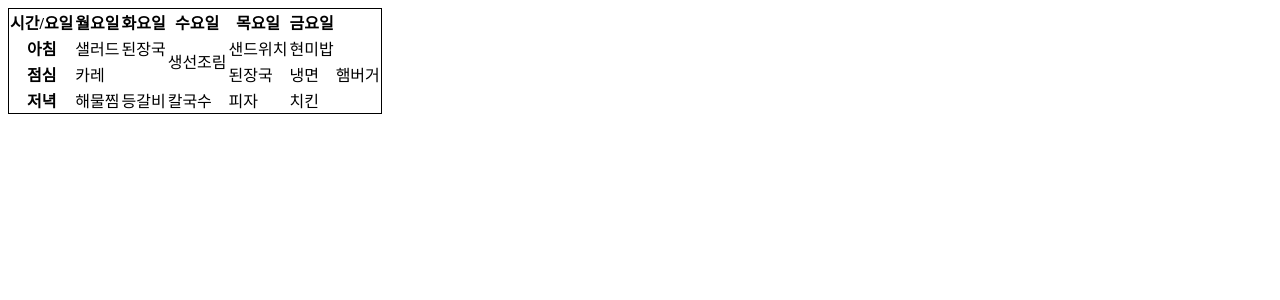
Repository: hana825/Web
Page: web/WebContent/test.html
The author's editor kept a copy of each file at every save. The page is drawn from the files as they stood at one save, then again after the next save.
The browser window is 1280 px wide. The pictures show the whole page.

Above is the page before, as saved 2022-03-17 08:35:26.

### web/WebContent/test.html
<!DOCTYPE html>
<html>
<head>
<meta charset="UTF-8">
<title>Insert title here</title>

<style>
table{width:200;
	   border-collapse: collapse;
	   border: 1px solid black;
}

th{font-weight: bold;
}


</style>
</head>
<body>

<table>
	<tr><th>시간/요일</th>
		<th>월요일</th>
		<th>화요일</th>
		<th>수요일</th>
		<th>목요일</th>
		<th>금요일</th>
	</tr>
		<tr><th>아침</th>
		<td>샐러드</td>
		<td>된장국</td>
		<td rowspan ='2'>생선조림</td>
		<td>샌드위치</td>
		<td>현미밥</td>
	</tr>
		<tr><th>점심</th>
		<td colspan='2'>카레</td>
		<td>된장국</td>
		<td>냉면</td>
		<td>햄버거</td>
	</tr>
		<tr><th>저녁</th>
		<td>해물찜</td>
		<td>등갈비</td>
		<td>칼국수</td>
		<td>피자</td>
		<td>치킨</td>
	</tr>
</table>






</body>
</html>

After the next save:
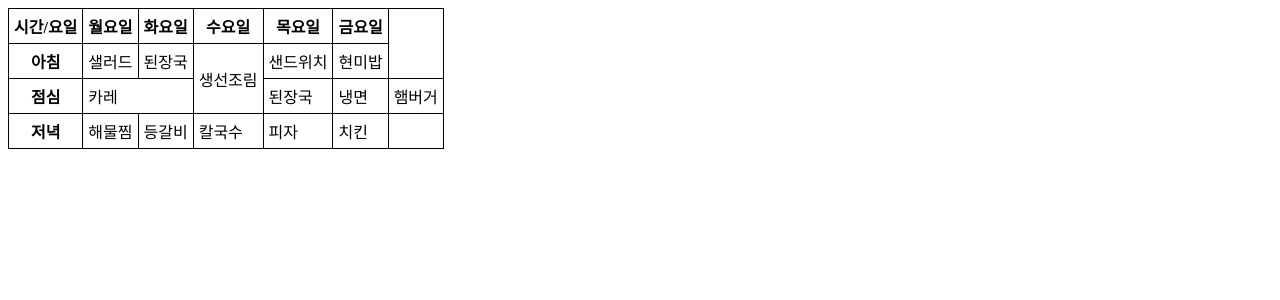
Saved 38 s later.
--- a/web/WebContent/test.html
+++ b/web/WebContent/test.html
@@ -10,7 +10,9 @@ table{width:200;
 	   border: 1px solid black;
 }
 
-th{font-weight: bold;
+th, td {
+	border: 1px solid black;
+	padding: 5px;
 }
 
 
